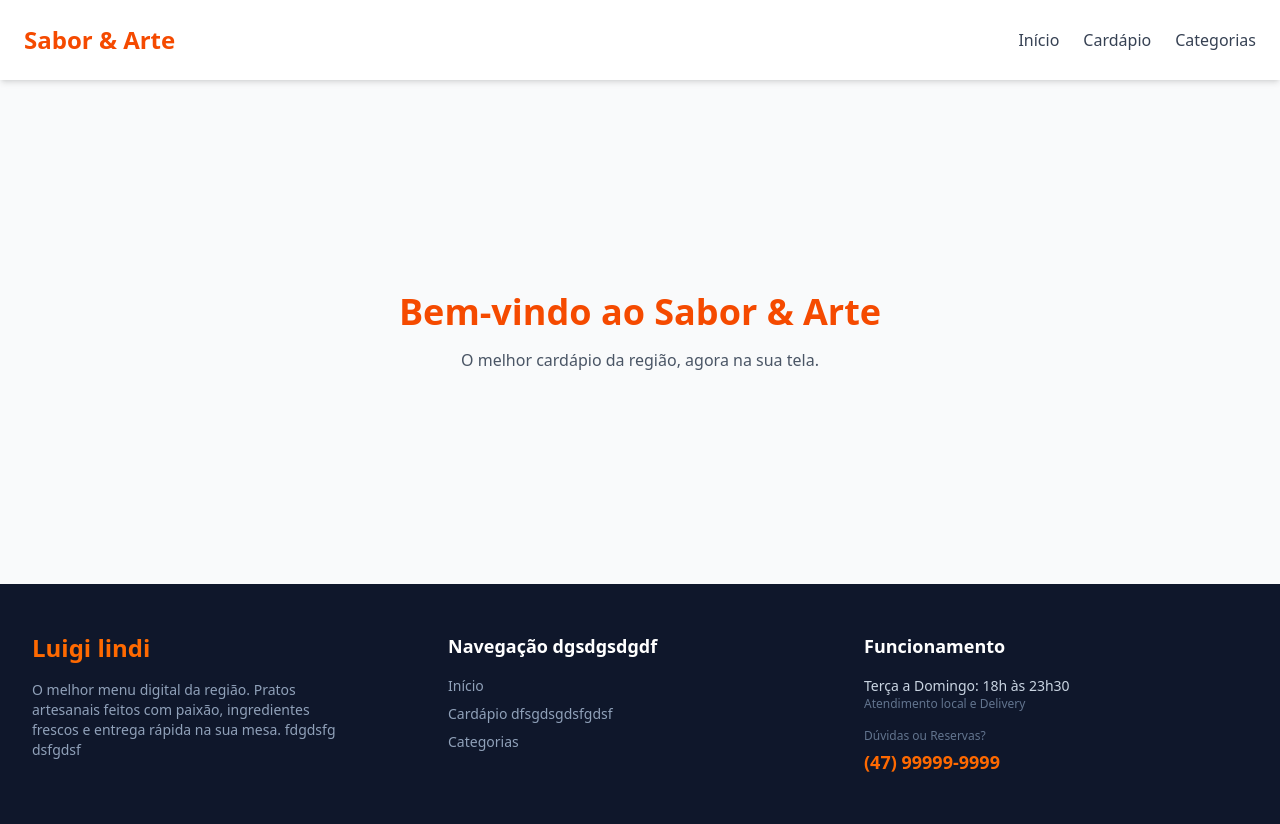
Repository: LuigiBLombardo/Next---Atividade
Page: / (app in sistema-cardapio/)
The author's editor kept a copy of each file at every save. The page is drawn from the files as they stood at one save, then again after the next save.
The browser window is 1280 px wide. The pictures show the whole page.
The project was rebuilt for these pictures with package versions that can differ from the ones it lists, and the page was loaded fresh each time. The framework's server and built-in components were replaced by stand-ins that run in the browser. Also part of the build but not shown: sistema-cardapio/next.config.mjs.

Above is the page before, as saved 2026-09-04 20:44:39.

### sistema-cardapio/src/app/layout.js
import { Inter, Montserrat } from "next/font/google";
import "./globals.css";
import Navbar from "@/components/Navbar";
import Footer from "@/components/Footer";

const inter = Inter({ subsets: ["latin"], variable: "--font-inter" });

const montserrat = Montserrat({ subsets: ["latin"], variable: "--font-montserrat" });

export default function RootLayout({ children }) {
    return (
        <html lang="pt-br" className={`${inter.variable} ${montserrat.variable}`}>
            <body className="font-sans bg-gray-50 antialiased">
                <Navbar />
                {children}
                <Footer/>
            </body>
        </html>
);
}

### sistema-cardapio/src/app/page.js
import Image from "next/image";

export default function Home() {
  return (
    <main className="flex flex-col items-center justify-center min-h-[70vh]">
        <h1 className="text-4xl font-bold text-orange-600">Bem-vindo ao Sabor & Arte</h1>
        <p className="mt-4 text-gray-600">O melhor cardápio da região, agora na sua tela.</p>
    </main>
  );
}

### sistema-cardapio/src/components/Navbar.js
import Link from 'next/link';

export default function Navbar() {
    return (
        <nav className="flex items-center justify-between p-6 bg-white shadow-md">
            <h2 className="text-2xl font-bold text-orange-600">Sabor & Arte</h2>
            <div className="flex gap-6">
                <Link href="/" className="text-gray-700 hover:text-orange-600 font-medium">Início</Link>
                <Link href="/cardapio" className="text-gray-700 hover:text-orange-600 font-medium">Cardápio</Link>
                <Link href="/categorias" className="text-gray-700 hover:text-orange-600
font-medium">Categorias</Link>
            </div>
        </nav>
);
}

### sistema-cardapio/src/components/Footer.js
import Link from "next/link";

export default function Footer(){
    return (
            <footer className="w-full bg-slate-900 text-slate-400 pt-12">

                <div className="max-w-7xl mx-auto px-8 pb-12 grid grid-cols-1 md:grid-cols-3 gap-8 ">

                    <div>
                        <h2 className="text-2xl font-bold text-orange-500 mb-4">
                            Luigi lindi
                        </h2>
                        <p className="text-sm max-w-xs text-slate-400">
                            O melhor menu digital da região. Pratos artesanais feitos com
                            paixão, ingredientes frescos e entrega rápida na sua mesa. fdgdsfg dsfgdsf
                        </p>
                    </div>

                    <div>
                        <h3 className="text-lg font-bold text-white mb-4">
                            Navegação dgsdgsdgdf
                        </h3>
                        <div className="flex flex-col gap-2 text-sm">

                            <Link href="/" className="hover:text-white transition">Início</Link>
                            <Link href="/cardapio" className="hover:text-white transition">Cardápio dfsgdsgdsfgdsf</Link>
                            <Link href="/categorias" className="hover:text-white transition">Categorias</Link>

                        </div>
                    </div>

                    <div>
                        <h3 className="text-lg font-bold text-white mb-4">
                            Funcionamento
                        </h3>
                        <p className="text-sm text-slate-300">
                            Terça a Domingo: 18h às 23h30
                        </p>
                        <p className="text-xs text-slate-500 mb-4">
                            Atendimento local e Delivery
                        </p>

                        <span className="block text-xs text-slate-500 mb-1">
                            Dúvidas ou Reservas?
                        </span>
                        <a className="text-lg font-bold text-orange-500 inline-block">
                            (47) 99999-9999
                        </a>
                    </div>
                </div>

            </footer>
    )
}

Loaded but not shown: sistema-cardapio/src/app/globals.css (common file)

After the next save:
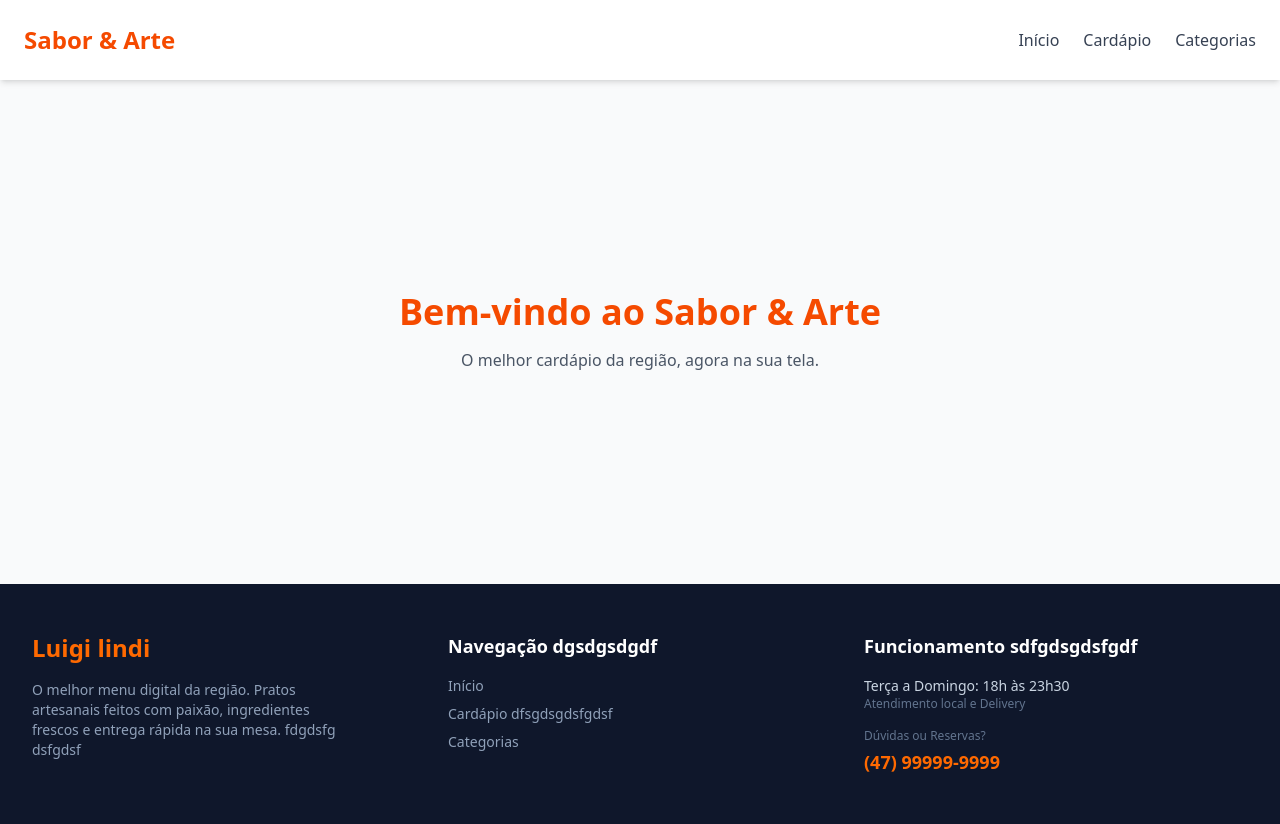
Saved 9 s later.
--- a/sistema-cardapio/src/components/Footer.js
+++ b/sistema-cardapio/src/components/Footer.js
@@ -31,7 +31,7 @@ export default function Footer(){
 
                     <div>
                         <h3 className="text-lg font-bold text-white mb-4">
-                            Funcionamento
+                            Funcionamento sdfgdsgdsfgdf
                         </h3>
                         <p className="text-sm text-slate-300">
                             Terça a Domingo: 18h às 23h30
